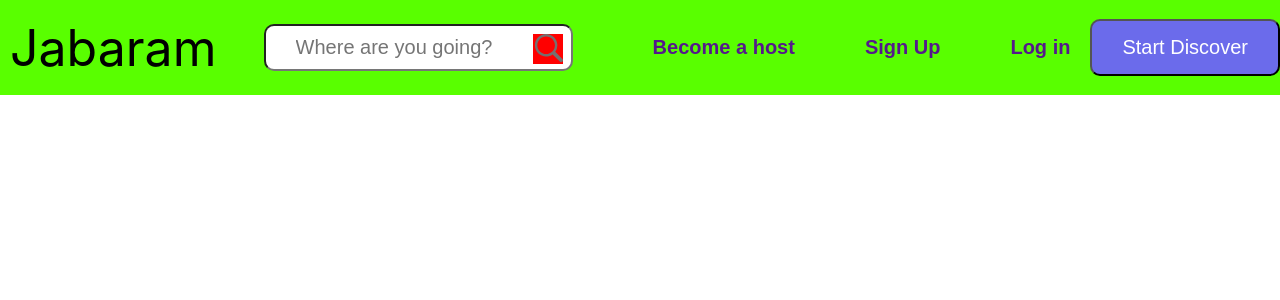
Repository: manahiang/Jabaram-web
Page: / (app in src/)
An editor plug-in stored every save of this project. The page is shown before and after a run of saves, followed by the edit.
The browser window is 1280 px wide. The pictures show the whole page.
The pointer rests on the first visible `.icon-search`.
The project was rebuilt for these pictures with package versions that can differ from the ones it lists, and the page was loaded fresh each time. Also part of the build but not shown: src/src/App.css.

Above is the page before, as saved 2022-11-30 09:51:40.

After the next 2 saves:
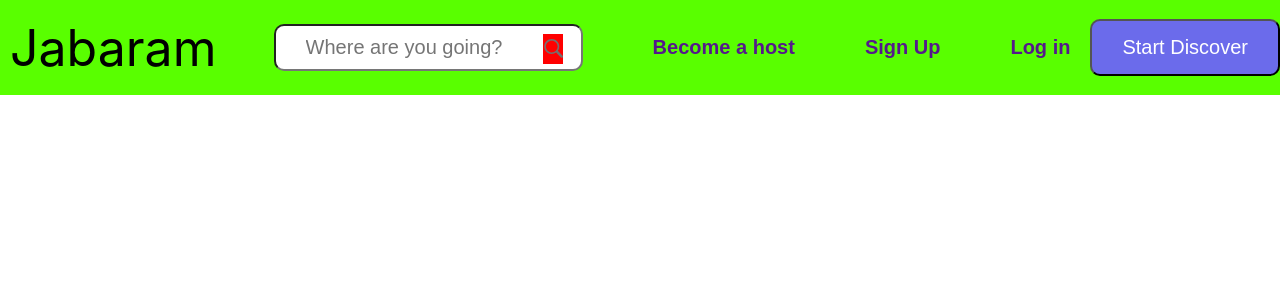
The 2 saves are shown as one change because they came seconds apart.
The last was saved 6 s later.
--- a/src/src/index.css
+++ b/src/src/index.css
@@ -72,7 +72,7 @@
 }
 .icon-search:hover .icon-search-Go{
   background-color: red;
-
+  width: 20px;
 }
 /* Logo */
 

After the save that followed:
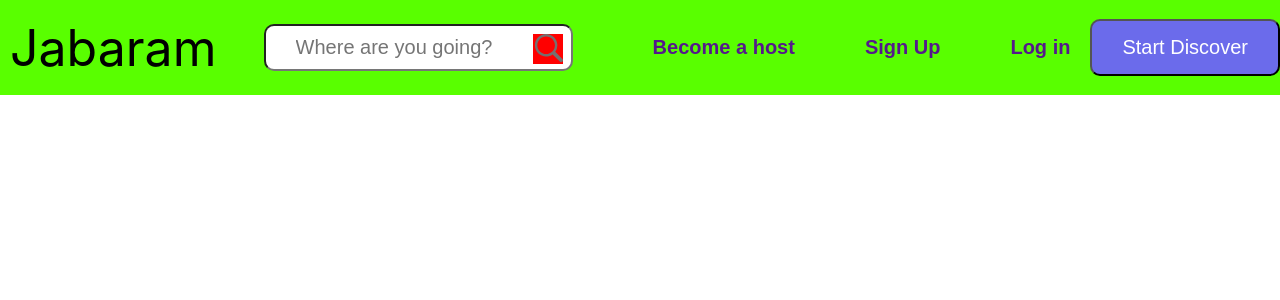
Saved 7 s later.
--- a/src/src/index.css
+++ b/src/src/index.css
@@ -72,7 +72,6 @@
 }
 .icon-search:hover .icon-search-Go{
   background-color: red;
-  width: 20px;
 }
 /* Logo */
 
